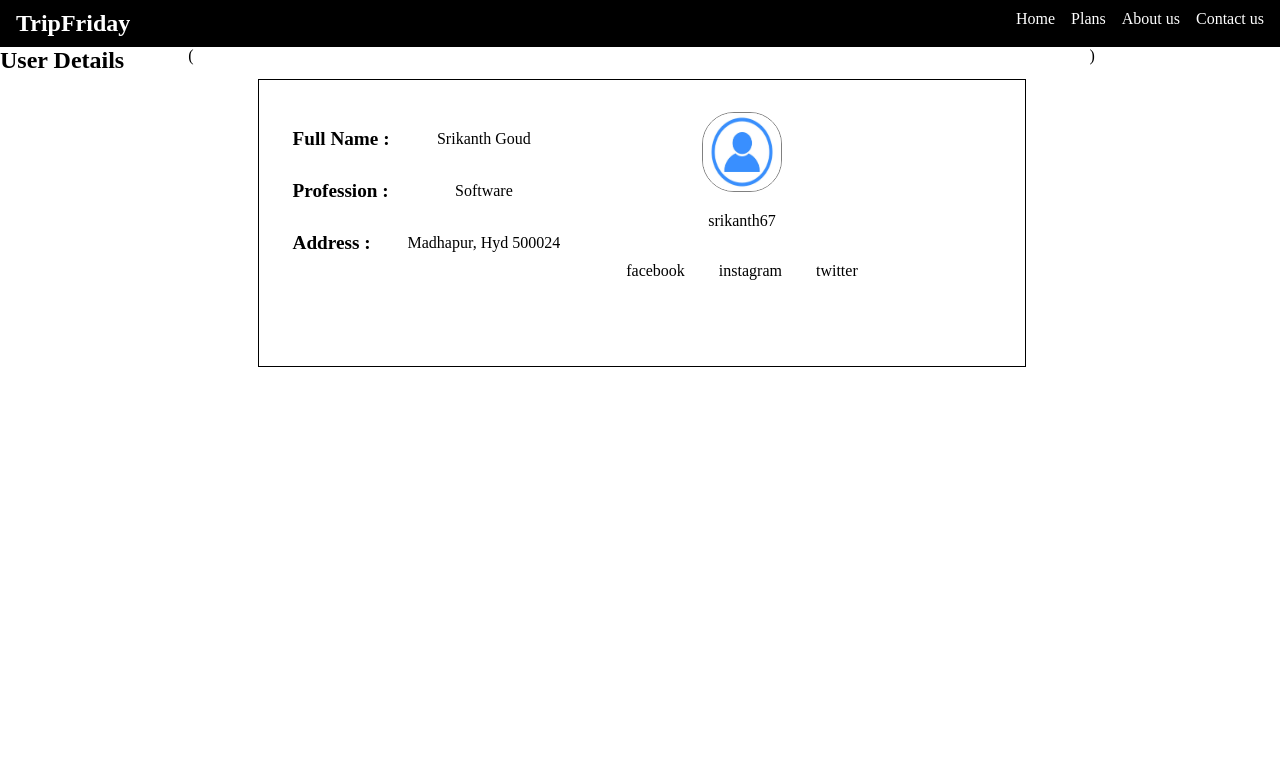
Repository: suraj-yadav7/userprofile
Page: /
These files come from the project's save history. The page is drawn as it stood at one moment and after the next save; the edit follows.
The browser window is 1280 px wide. The pictures show the whole page.
The page's requests for data from a server got no answer. The project was rebuilt for these pictures with package versions that can differ from the ones it lists, and the page was loaded fresh each time. No one was signed in, and anything a server would have sent is missing. Also part of the build but not shown: src/components/UserDetails.jsx.

Above is the page before, as saved 2023-05-04 14:45:47.

### src/App.js
import './App.scss';
import UserProfile from './components/UserProfile';
import UserDetails from './components/UserDetails';
import { BrowserRouter as Router, Routes, Route } from 'react-router-dom';
import Header from './components/Header';


function App() {
  return (
    <>
    <Router>
      <Header />
      <Routes>
        <Route exact path='/' element={<UserProfile/>} />
        <Route exact path='/userdetails' element={<UserDetails/> } />
      </Routes>
    </Router>
    </>
  );
}

export default App;

### src/App.scss
*{
padding: 0;
margin: 0;
box-sizing: border-box;
}
nav{
    display: flex;
    justify-content:space-between;
    padding: 10px 1rem;
    background-color: black;
    color: white;
    >div>ul{
        display: flex;
        list-style: none;
        gap: 1rem;
    }
}

### src/components/UserProfile.jsx
import React, { useEffect, useState } from 'react';
import { useNavigate } from 'react-router-dom';
import "../assests/userProfile.scss";
import usericon from"../assests/usericon.jpg"
import "../assests/userDetails.scss"


const UserProfile = () => {
  const [show, setShow] = useState(false)
  const [userData, setUserData] = useState("")
  const navigate = useNavigate()

  const handleNavigate = () => {
    navigate("/userdetails")
  }


  useEffect(() => {
    const Users = async () => {
      try {
        const fetchUser = await fetch("https://jsonplaceholder.typicode.com/users")
        const data = await fetchUser.json()
      setUserData(data)

      }
      catch (error) {
        console.log("Error while fetching user data from api")
      }
    }
    Users()
  }, [])
  console.log(userData)
  return (
    <>
      <div className='userprofile'>
        <h2>User Details</h2>
        <div className='userList'>
          {
            Array.isArray(userData) && userData.map((userIndex) => {

              return (
                <div key={userIndex.id} className='fetchList'>
                  <p onMouseOver={()=>setShow(true)} onMouseOut={()=>setShow(false)} >{userIndex.username} </p> <button onClick={()=>handleNavigate(userIndex.id)} >Show Details</button>
                </div>
              )
            })}

        </div>
        {show ?
          (<div className='hoverItem'>
            <p>Username: username435</p>
            <p>Email: username435@gmail.com</p>
          </div>) : null
        }

(
            <div className='details'>
  <div className='sub1'>
<table>
  <tr>
    <td><h3>Full Name :  </h3></td>
    <td><p> Srikanth Goud</p> </td>
  </tr>
  <tr>
    <td><h3>Profession :  </h3></td>
    <td><p> Software </p> </td>
  </tr>
  <tr>
    <td><h3>Address :</h3></td>
    <td><p>Madhapur, Hyd 500024</p> </td>
  </tr>
</table>

  </div>
  <div className='sub2'>
    <img src={usericon} alt="userimage"></img>
    <p>srikanth67</p>
    <div className='socialMedia'>
      <p>facebook</p>
      <p>instagram</p>
      <p>twitter</p>
    </div>
  </div>
 </div>


          )
        </div>
    </>
  )
}

export default UserProfile

### src/components/Header.jsx
import React from 'react'

const Header = () => {
  return (
  <>
  <nav>
<h1>TripFriday</h1>
<div>
    <ul>
        <li>Home</li>
        <li>Plans</li>
        <li>About us</li>
        <li>Contact us</li>
    </ul>
</div>
</nav>
  </>
  )
}

export default Header

### src/assests/userProfile.scss
@import "./color.scss";

.userprofile{
    display: flex;
    gap: 2rem;
    height: 100vh;
}
.userList{
    >div{
        padding: 1rem;
        display: flex;
        text-align: center;
    }
}
.fetchList,p,button{
    padding: 30 px;
    margin: 1rem;
    text-align: center;

    >p{
        font: 400 1.1rem sans-serif;
    }
    >button{
        background-color:beige;
        border:1px solid grey;
        width: 6rem;
        height: 2rem;
        border-radius: 1rem;
    }
}

.hoverItem{
    margin:10rem 3rem;
}

### src/assests/userDetails.scss
@import "./color.scss";

.details{
    display: flex;
    gap: 2rem;
    border: 1px solid black;
    width: 60vw;
    height: 40vh;
    padding: 2rem;
    margin: 2rem 2rem;
    >.sub1{
        p{
            font-size: 1rem;
        }
        h3{
            font-size: 1.2rem;
        }
    }

    >.sub2 {
        text-align: center;
    >img{
        width: 5rem;
        height: 5rem;
        border: 1px solid grey;
        border-radius: 2rem;
    }

    >div{
        margin: 1rem 0;
        display: flex;
        gap: 2px;
        align-items: center;
    }
}
}

### src/assests/color.scss
$primary-color: #0f171e;
$secondary-color: #1a242f;
$font-primary:#ffff;
$font-secondary: #79b8f3;

Loaded but not shown: public/index.html (common file); src/index.js (common file)

After the next save:
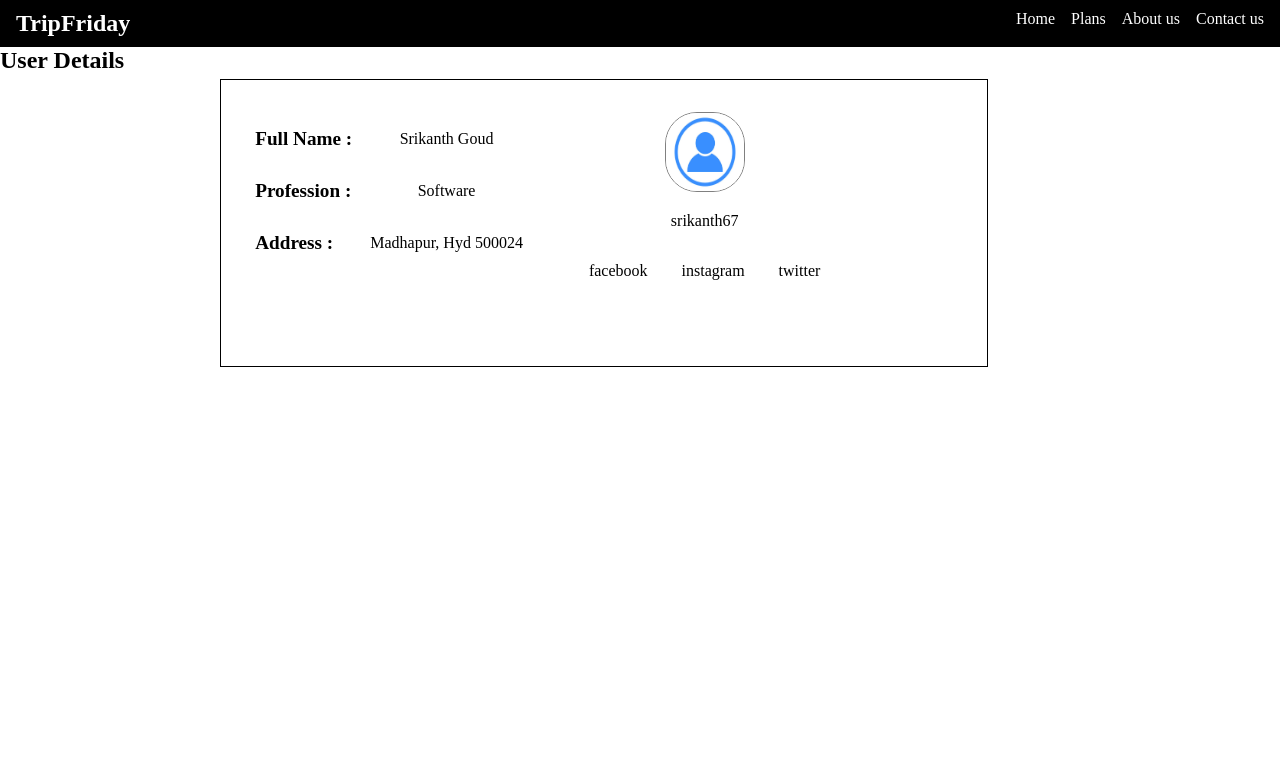
Saved 14 s later.
--- a/src/components/UserProfile.jsx
+++ b/src/components/UserProfile.jsx
@@ -53,7 +53,7 @@ const UserProfile = () => {
           </div>) : null
         }
 
-(
+
             <div className='details'>
   <div className='sub1'>
 <table>
@@ -83,8 +83,6 @@ const UserProfile = () => {
   </div>
  </div>
 
-
-          )
         </div>
     </>
   )
